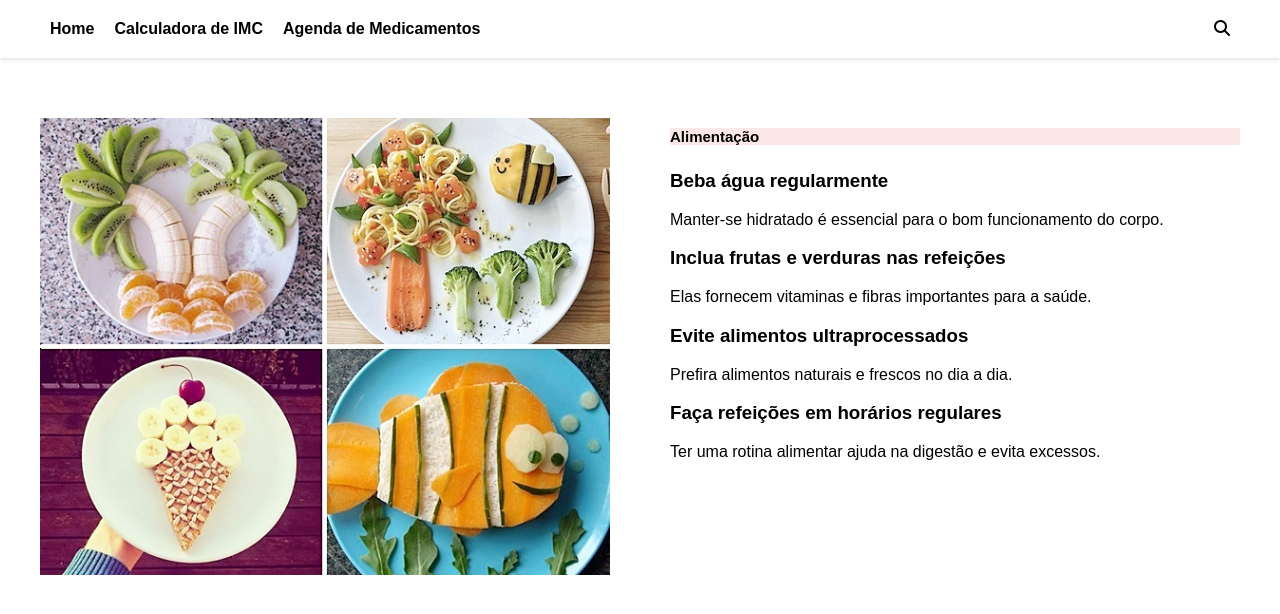
Repository: Cristiane-Sartori14/dicasSaude
Page: index.html
An editor plug-in stored every save of this project. The page is shown before and after the next save, followed by the edit.
The browser window is 1280 px wide. The pictures show the whole page.

Above is the page before, as saved 2025-05-18 21:42:04.

After the next save:
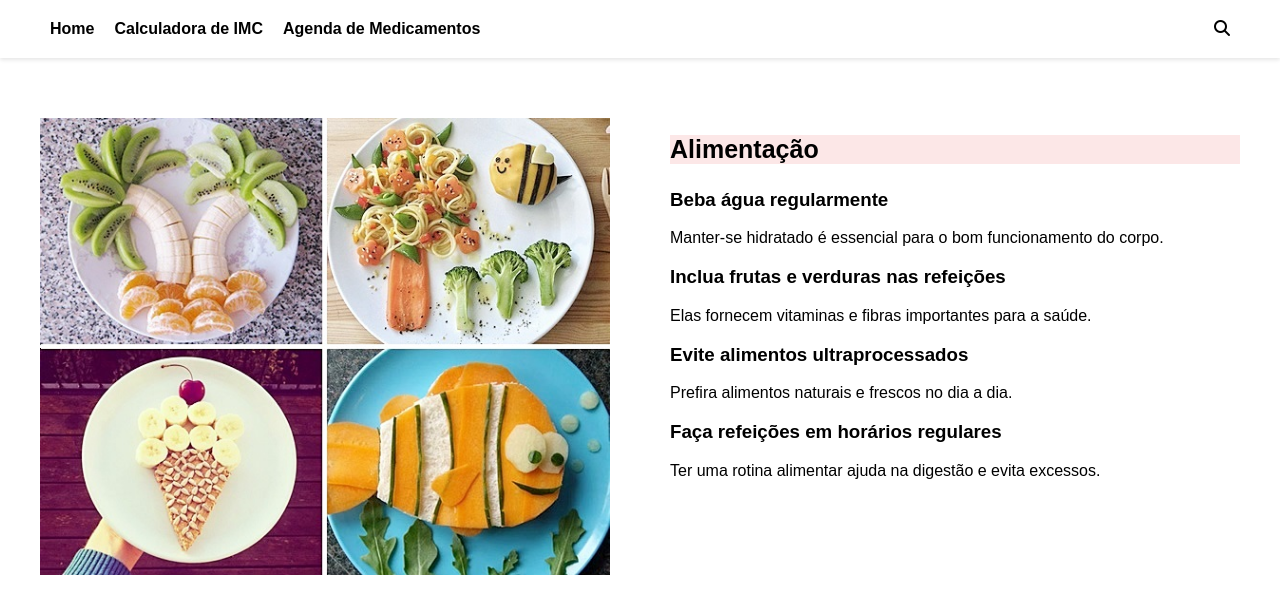
Saved 15 s later.
--- a/style.css
+++ b/style.css
@@ -72,5 +72,5 @@ body {
 .health-title {
     background-color:rgba(223, 21, 21, 0.1);
     margin-bottom: 25px;
-    font-size: 15px;
+    font-size: 25px;
 }
